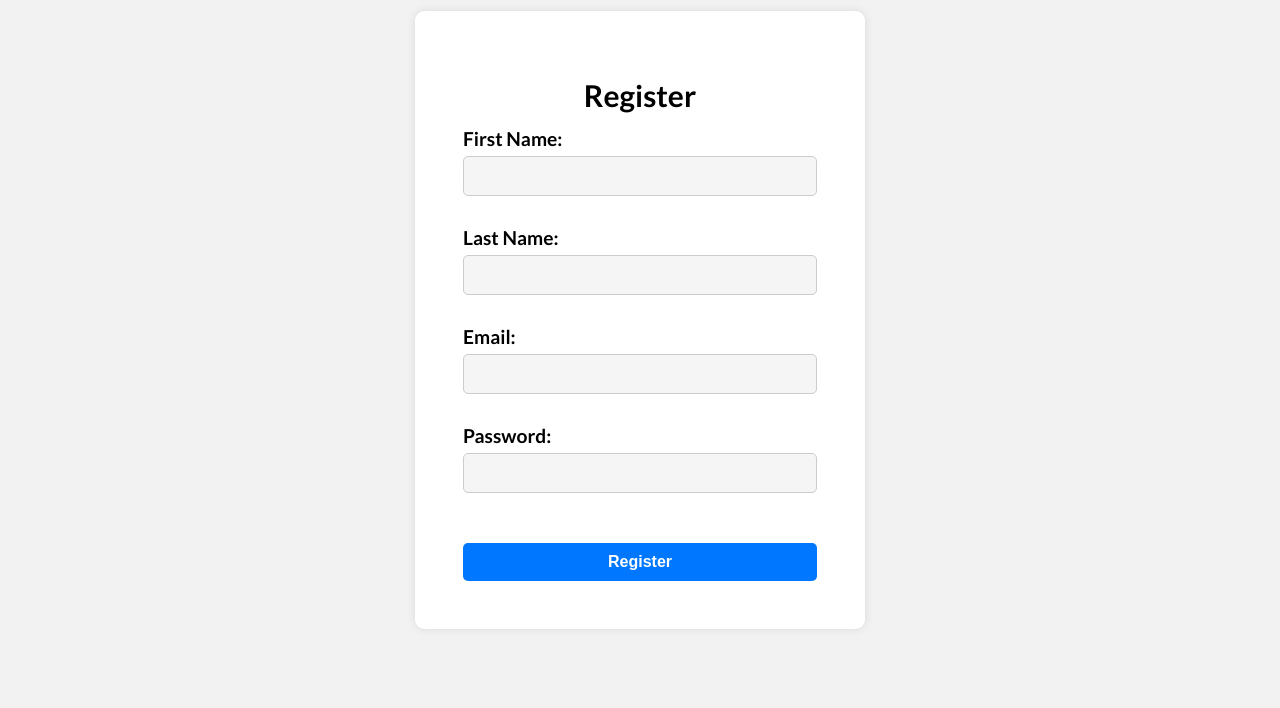
Repository: DannyMyles/iGammer
Page: /registration
The author's editor kept a copy of each file at every save. The page is drawn from the files as they stood at one save, then again after the next save.
The browser window is 1280 px wide. The pictures show the whole page.
The project was rebuilt for these pictures with package versions that can differ from the ones it lists, and the page was loaded fresh each time. Also part of the build but not shown: src/components/footer/footer.css, src/components/footer/Footer.tsx, src/components/navbar/navbar.css, src/components/navbar/Navbar.tsx, src/pages/games/games.css, src/pages/games/Games.tsx, src/pages/home/home.css, src/pages/home/Home.tsx and 3 more.

Above is the page before, as saved 2023-03-16 11:19:57.

After the next save:
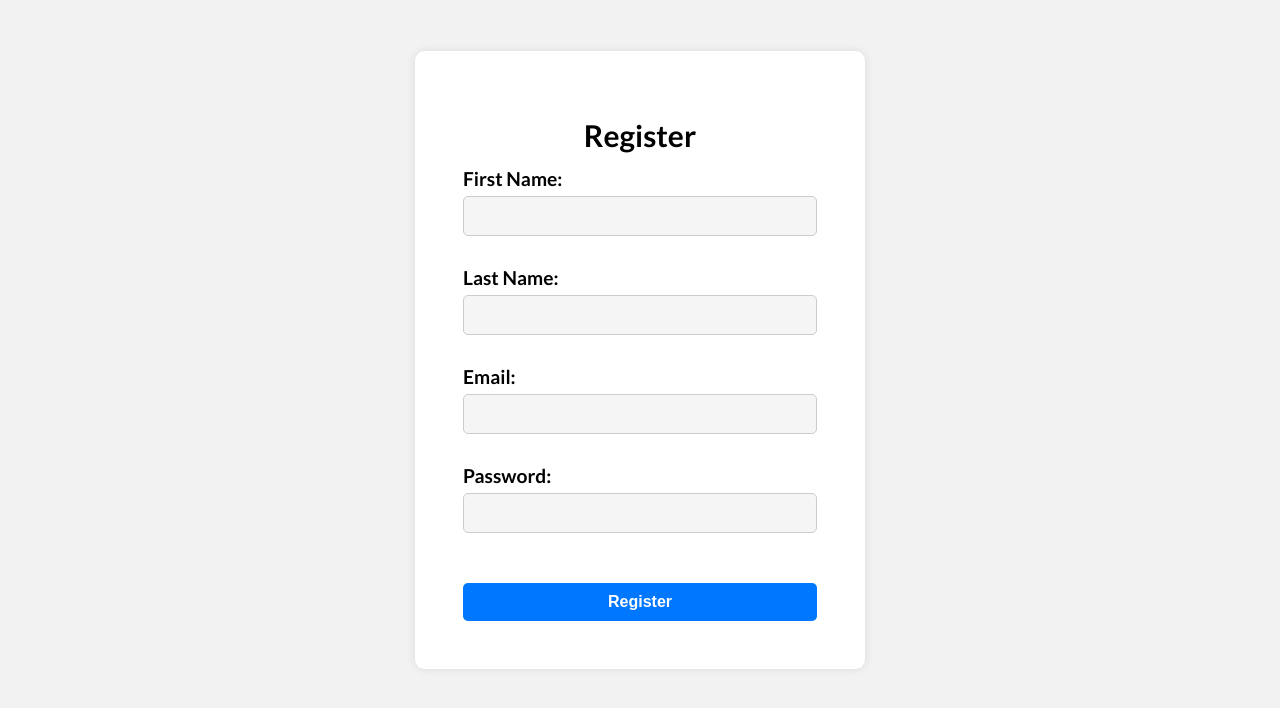
Saved 15 s later.
--- a/src/pages/register/register.css
+++ b/src/pages/register/register.css
@@ -9,7 +9,7 @@
     display: flex;
     flex-direction: column;
     align-items: center;
-    margin-top: -5rem;
+    /* margin-top: -5rem; */
     width: 450px;
   }
 
